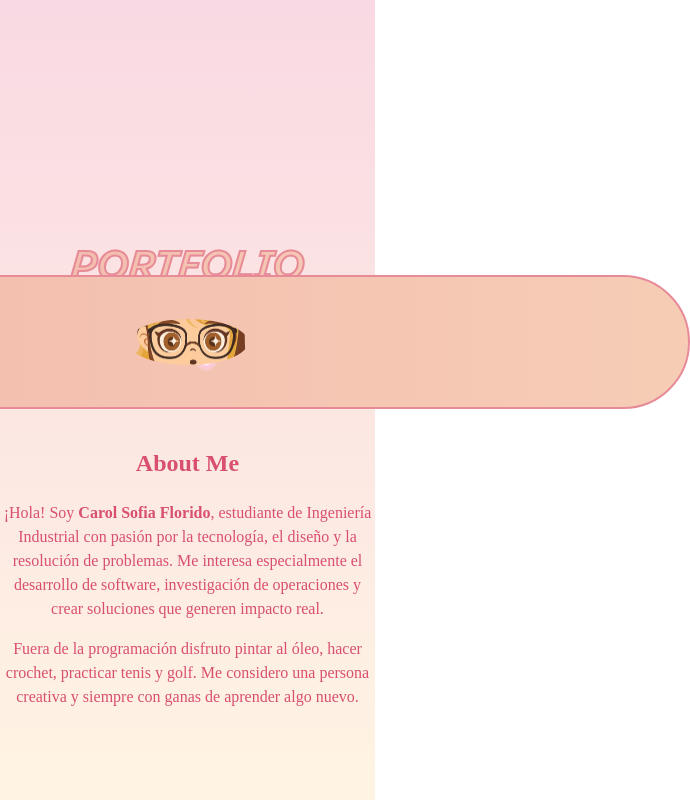
Repository: cflorido/Portafolio
Page: /
These files come from the project's save history. The page is drawn as it stood at one moment and after the next save; the edit follows.
The browser window is 375 px wide. The page is 690 px wide, so the pictures cover 690 px, including what lies to the right of the window. The pictures show the whole page.
Some web fonts or font styles are not loaded; a fallback is used. The project was rebuilt for these pictures with package versions that can differ from the ones it lists, and the page was loaded fresh each time. Also part of the build but not shown: vite.config.ts.

Above is the page before, as saved 2025-09-03 21:51:38.

### index.html
<!doctype html>
<html lang="en">
  <head>
    <meta charset="UTF-8" />
    <link rel="icon" type="image/svg+xml" href="/vite.svg" />
    <meta name="viewport" content="width=device-width, initial-scale=1.0" />
    <title>Vite + React + TS</title>
    <link rel="preconnect" href="https://fonts.googleapis.com">
    <link rel="preconnect" href="https://fonts.gstatic.com" crossorigin>
    <link href="https://fonts.googleapis.com/css2?family=Cantora+One&display=swap" rel="stylesheet">
  </head>
  <body>
    <div id="root"></div>
    <script type="module" src="/src/main.tsx"></script>
  </body>
</html>

### src/App.tsx
import './App.css';
import AboutMe from './components/aboutme';
function App() {
  return (
    <div className="portfolio-container">
      <header>

      </header>
        <div className="portfolio-header">

          <h1>PORTFOLIO</h1>
          <div className="subtitle">
          <span className="name">Carol Sofia Florido </span>
          <span className="separator"></span>
          <span className="role">Software Developer</span>
          </div>
        </div>
      <main>
      <div className="avatar-stage">
        <div className="avatar-stars"></div>
        <div className="avatar-pill"></div>
        <img className="avatar" src="public/ilustracion.png" alt="Avatar" />

      </div>


      <div>
      <AboutMe />
      </div>
      </main>

      <footer></footer>
    </div>
  );
}

export default App;

### src/App.css
@font-face {
  font-family: 'Toboggan';
  src: url('/Toboggan OTF/Toboggan-MediumItalic.otf') format('opentype');
  font-weight: 300;
  font-style: normal;
}

:root {
    --sync-gradient: linear-gradient(270deg,  #f8d5b9, #e88b99);
}

body {

    margin: 0;
    font-family: 'Playfair Display', serif;
    background: linear-gradient(to bottom, #f9d9e3, #fff4e3);
    color: #d94f70;
    display: flex;
    justify-content: center;
    align-items: center;
    height: 100vh;
    user-select: none;
}

.portfolio-container {
    text-align: center;
}

h1 {
  margin-top: 200px; /* Margen superior para separar del borde */
  user-select: none;
  font-family: 'Toboggan', sans-serif;
  font-size: 10rem;
  font-weight: bold;
  margin-bottom: 0;
  background: var(--sync-gradient);
  background-size: 400% 400%;
  -webkit-background-clip: text;
  background-clip: text;
  animation: gradientMove 20s ease infinite;
  -webkit-text-stroke: 2px #e88b99;
  color: transparent;
}

header h2 {
    font-family: 'Toboggan';
  font-size: 1.5rem;
  font-weight: 300;
  text-align: left;
  color: #000;
  user-select: none;
  margin: 0;   /* 🔹 Elimina todos los márgenes */
}

header p {
    font-family: 'Playfair Display', serif;
    font-size: 140px;
    font-style: italic;
}

footer {
    margin-top: 30px;
    font-size: 0.9rem;
}

main {
    display: flex;
    flex-direction: column; /* ✅ apila los hijos */
    align-items: center;
}


.avatar-stage {
    position: relative;
    display: flex;
    justify-content: center;
    align-items: center;
    width: 90vw;
    max-width: 900px;
    margin-left: auto;
    margin-right: auto;
    border-radius: 20px;    /* Opcional: bordes redondeados */
}
/* 🔹 Estrellitas dentro del avatar-stage */
.avatar-stage::before {
  content: "";
  position: absolute;
  top: 0;
  left: 0;
  width: 100%;
  height: 100%;

  background-image:
    polygon-star(3, 6px, white),
    polygon-star(3, 8px, white),
    polygon-star(3, 5px, rgba(255,255,255,0.8));

  pointer-events: none;
}

.avatar-pill {
    position: absolute;
    z-index: 1;
    width: min(320vw, 1000px);
    height: 130px;

    /* 🔹 Usando la misma variable CSS */
    background: var(--sync-gradient);
    background-size: 400% 400%;
    border-radius: 70px;
    border: 2px solid #e88b99; /* Borde negro de 2px */
    overflow: hidden;
    animation: gradientMove 20s ease infinite;
}

/* Bolitas animadas */
.avatar-pill::before,
.avatar-pill::after {
    content: "";
    position: absolute;
    width: 200%;
    height: 200%;
    top: -50%;
    left: -50%;
    background-image: radial-gradient(circle 6px, rgba(255,255,255,0.8) 70%, transparent 100%),
                      radial-gradient(circle 10px, rgba(255,200,230,0.6) 70%, transparent 100%),
                      radial-gradient(circle 8px, rgba(255,180,210,0.5) 70%, transparent 100%),
                      radial-gradient(circle 12px, rgba(255,220,240,0.4) 70%, transparent 100%);
    background-repeat: repeat;
    animation: floatBalls 60s linear infinite;
}

.avatar-pill::after {
    animation-duration: 90s;
    opacity: 0.7;
}

/* 🔹 Animación sincronizada para ambos elementos */
@keyframes gradientMove {
    0% { background-position: 0% 50%; }
    50% { background-position: 100% 50%; }
    100% { background-position: 0% 50%; }
}

@keyframes floatBalls {
    from { transform: translate(0, 0); }
    to   { transform: translate(200px, 200px); }
}

.avatar {
    position: relative;
    z-index: 2;
    width: 330px;
    border-radius: 80%;
    display: block;
    margin: auto;
}

/* 🔹 Clase auxiliar por si quieres aplicar el gradiente a otros elementos */
.sync-gradient {
    background: var(--sync-gradient);
    background-size: 400% 400%;
    animation: gradientMove 40s ease infinite;
}


.subtitle {
  font-family: 'Toboggan';
  display: flex;
  gap: 10px;
  font-size: 1.2rem;
  color: #e88b99;
  justify-content: flex-start; /* Alinea el contenido a la izquierda */
  width: 100%;                /* Ocupa todo el ancho disponible */
  text-align: left;           /* Alinea el texto a la izquierda */
  margin-left: 160px;         /* Margen derecho para separar del borde */
}

.subtitle .name {
  font-weight: bold;
}

.subtitle .role {
  border: 2px solid #e88b99;
  border-radius: 15px;
  padding: 2px 10px;
  font-size: 0.9rem;
}
/* Contenedor de estrellitas */
.stars {
  position: absolute;
  top: 0;
  left: 0;
  width: 100%;
  height: 100%;
  pointer-events: none; /* Que no interfieran */
  overflow: hidden;
  z-index: 0;
}

/* Cada estrella */
.star {
  position: absolute;
  width: 0;
  height: 0;
  border-left: 6px solid transparent;
  border-right: 6px solid transparent;
  border-bottom: 12px solid white;
  transform: rotate(0deg);
  opacity: 0.9;
  animation: twinkle 4s infinite ease-in-out;
}

/* Animación de brillo */
@keyframes twinkle {
  0%, 100% { opacity: 0.9; transform: scale(1) rotate(0deg); }
  50% { opacity: 0.3; transform: scale(1.3) rotate(10deg); }
}
.separator {
  display: inline-block;
  width: 2px;
  height: 28px;  /* Más largo verticalmente */
  background-color: #e88b99;
  margin: 0 10px;
}

.dynamic-header {
  position: fixed;
  top: 0;
  left: 0;
  width: 100%;
  background: rgba(255, 255, 255, 0.9);
  backdrop-filter: blur(8px);
  transform: translateY(-100%);
  transition: transform 0.3s ease;
  z-index: 1000;
  padding: 1rem 0;
}

.dynamic-header.visible {
  transform: translateY(0);
}

/* --- RESPONSIVE DESIGN --- */
@media (max-width: 900px) {
  h1 {
    font-size: 5rem;
  }
  .avatar {
    width: 180px;
  }
  .avatar-stage {
    max-width: 98vw;
    width: 98vw;
  }
  .about-section, .about-content {
    flex-direction: column;
    padding: 20px 10px;
    gap: 16px;
    max-width: 98vw;
  }
  .about-photo {
    width: 120px;
    height: 120px;
  }
  .subtitle {
    font-size: 1rem;
    margin-left: 10px;
    margin-right: 10px;
  }
}

@media (max-width: 600px) {
  h1 {
    font-size: 2.5rem;
  }
  .avatar {
    width: 120px;
  }
  .avatar-stage {
    max-width: 100vw;
    width: 100vw;
    border-radius: 10px;
  }
  .about-section, .about-content {
    flex-direction: column;
    padding: 10px 2px;
    gap: 8px;
    max-width: 100vw;
    border-radius: 10px;
  }
  .about-photo {
    width: 80px;
    height: 80px;
  }
  .about-text h2 {
    font-size: 1.3rem;
  }
  .about-text p {
    font-size: 0.95rem;
  }
  .subtitle {
    font-size: 0.9rem;
    margin-left: 4px;
    margin-right: 4px;
  }
}

### src/components/AboutMe.tsx
// src/components/AboutMe.tsx
import React from "react";
import "./AboutMe.css"; // si quieres darle estilos propios

function AboutMe() {
  return (
    <section className="aboutme-section aboutme-container">
      <h2 className="aboutme-title">About Me</h2>
      <p className="aboutme-text">
        ¡Hola! Soy <strong>Carol Sofia Florido</strong>, estudiante de Ingeniería
        Industrial con pasión por la tecnología, el diseño y la resolución de
        problemas. Me interesa especialmente el desarrollo de software,
        investigación de operaciones y crear soluciones que generen impacto real.
      </p>
      <p className="aboutme-text">
        Fuera de la programación disfruto pintar al óleo, hacer crochet,
        practicar tenis y golf. Me considero una persona creativa y siempre con
        ganas de aprender algo nuevo.
      </p>
    </section>
  );
}

export default AboutMe;

### src/components/AboutMe.css
/* Margen superior para separar la sección AboutMe */
.aboutme-container {
	margin-top: 80px;
}

Loaded but not shown: src/main.tsx (common file); src/index.css (common file)

After the next save:
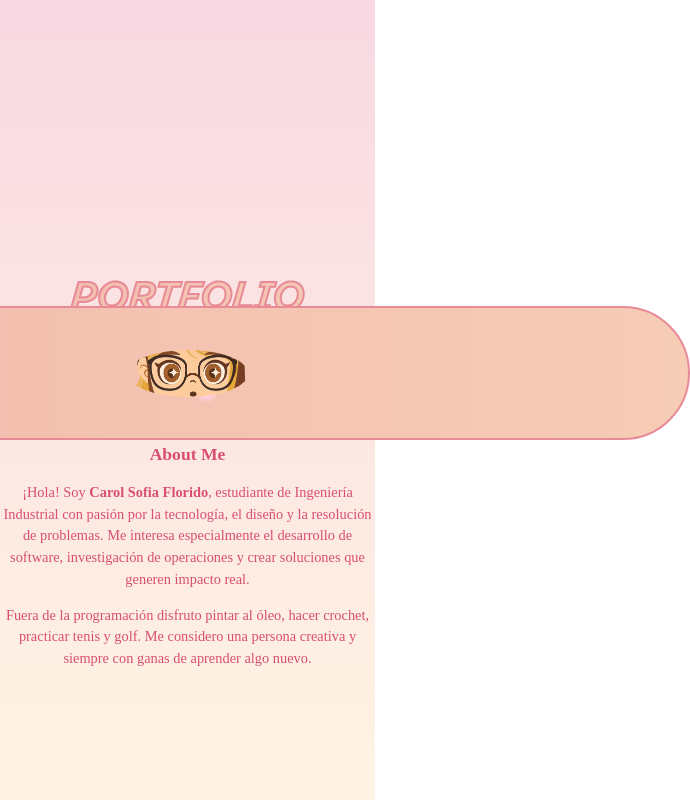
Saved 23 s later.
--- a/src/components/AboutMe.css
+++ b/src/components/AboutMe.css
@@ -1,4 +1,35 @@
 /* Margen superior para separar la sección AboutMe */
 .aboutme-container {
-	margin-top: 80px;
+		margin-top: 80px;
+	}
+
+	/* --- RESPONSIVE DESIGN --- */
+	@media (max-width: 900px) {
+		.aboutme-container {
+			padding: 20px 10px;
+			margin-top: 32px;
+			max-width: 98vw;
+		}
+		.aboutme-title {
+			font-size: 1.5rem;
+		}
+		.aboutme-text {
+			font-size: 1rem;
+		}
+	}
+
+	@media (max-width: 600px) {
+		.aboutme-container {
+			padding: 10px 2px;
+			margin-top: 20px;
+			max-width: 100vw;
+			border-radius: 10px;
+		}
+		.aboutme-title {
+			font-size: 1.1rem;
+		}
+		.aboutme-text {
+			font-size: 0.9rem;
+		}
+	}
 }

After the save that followed:
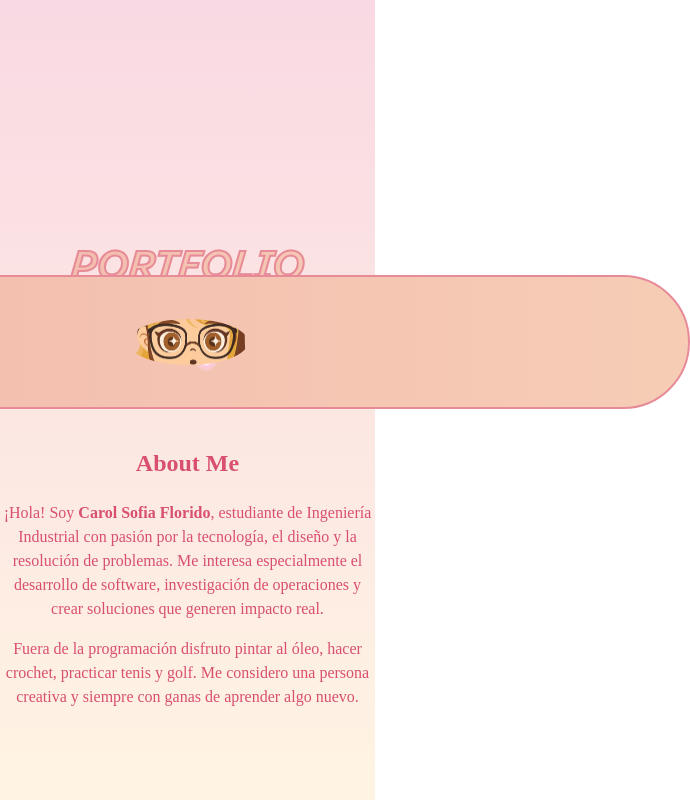
Saved 23 s later.
--- a/src/components/AboutMe.css
+++ b/src/components/AboutMe.css
@@ -1,35 +1,4 @@
 /* Margen superior para separar la sección AboutMe */
 .aboutme-container {
-		margin-top: 80px;
-	}
-
-	/* --- RESPONSIVE DESIGN --- */
-	@media (max-width: 900px) {
-		.aboutme-container {
-			padding: 20px 10px;
-			margin-top: 32px;
-			max-width: 98vw;
-		}
-		.aboutme-title {
-			font-size: 1.5rem;
-		}
-		.aboutme-text {
-			font-size: 1rem;
-		}
-	}
-
-	@media (max-width: 600px) {
-		.aboutme-container {
-			padding: 10px 2px;
-			margin-top: 20px;
-			max-width: 100vw;
-			border-radius: 10px;
-		}
-		.aboutme-title {
-			font-size: 1.1rem;
-		}
-		.aboutme-text {
-			font-size: 0.9rem;
-		}
-	}
+	margin-top: 80px;
 }
